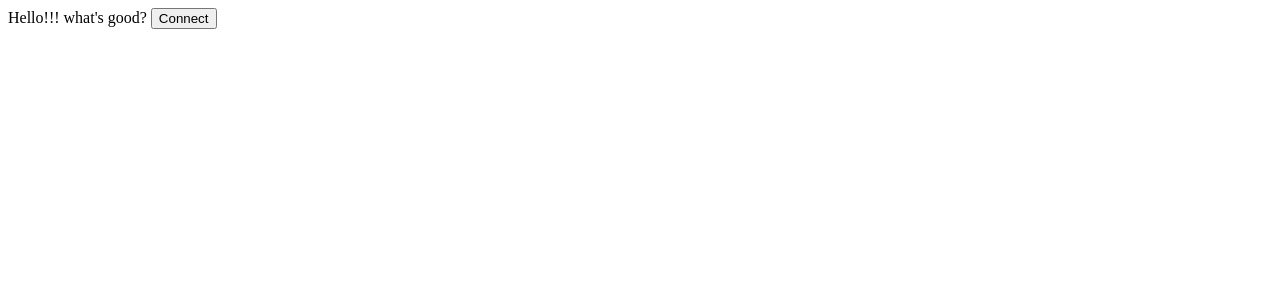
Repository: southernDave/html-frontend
Page: index.html
These files come from the project's save history. The page is drawn as it stood at one moment and after the next save; the edit follows.
The browser window is 1280 px wide. The pictures show the whole page.
After loading, the first visible `#connectButton` was clicked once.

Above is the page before, as saved 2022-06-09 15:17:55.

### index.html
<!DOCTYPE html>
<html lang="en">
<head>
    <meta charset="UTF-8">
    <meta http-equiv="X-UA-Compatible" content="IE=edge">
    <meta name="viewport" content="width=device-width, initial-scale=1.0">
    <title>Fund Me App</title>
</head>
<body>
    Hello!!! what's good?
    <script>
        async function connect() {
            if(typeof window.ethereum != "undefined") {
                await window.ethereum.request({method: "eth_requestAccounts"})
                document.getElementById("connectButton").innerHTML = "Connected!"
            } else{
                console.log("no metamask detected");
            }
        }
    </script>
    <button id="connectButton" onclick="connect()">Connect</button>
</body>
</html>

After the next save:
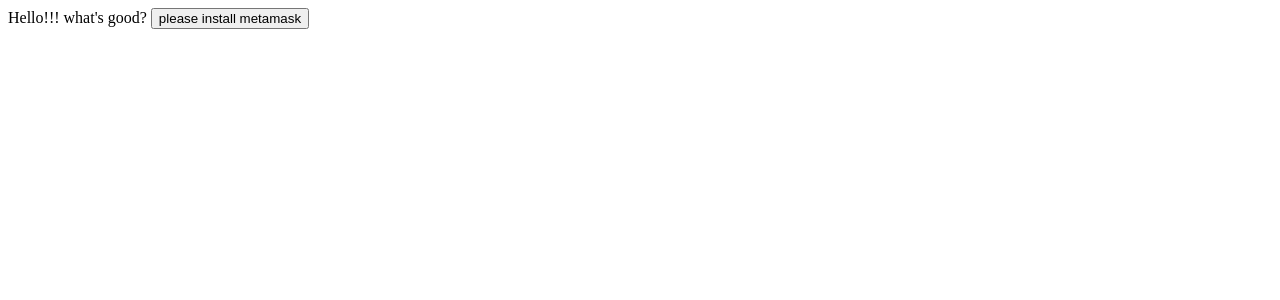
Saved 57 s later.
--- a/index.html
+++ b/index.html
@@ -14,7 +14,7 @@
                 await window.ethereum.request({method: "eth_requestAccounts"})
                 document.getElementById("connectButton").innerHTML = "Connected!"
             } else{
-                console.log("no metamask detected");
+                document.getElementById("connectButton").innerHTML = "please install metamask"
             }
         }
     </script>

After the 2 saves that followed:
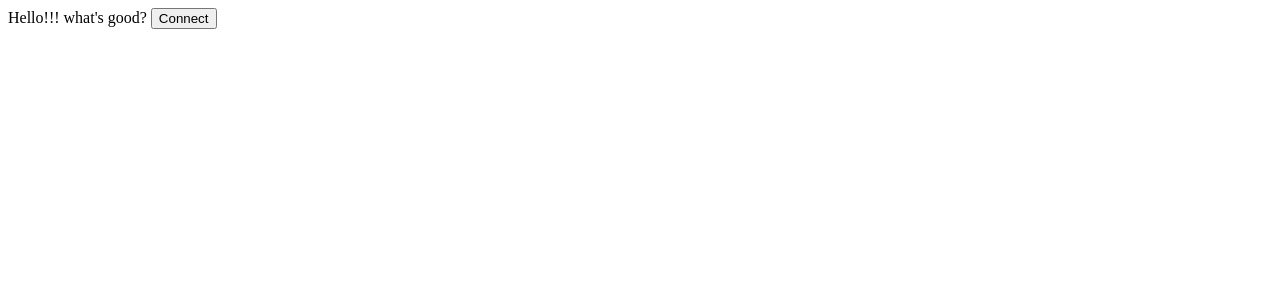
Console error: ReferenceError: connect is not defined
The 2 saves are shown as one change because 1 left the picture as it was.
The last was saved 113 s later.
--- a/index.html
+++ b/index.html
@@ -8,15 +8,8 @@
 </head>
 <body>
     Hello!!! what's good?
-    <script>
-        async function connect() {
-            if(typeof window.ethereum != "undefined") {
-                await window.ethereum.request({method: "eth_requestAccounts"})
-                document.getElementById("connectButton").innerHTML = "Connected!"
-            } else{
-                document.getElementById("connectButton").innerHTML = "please install metamask"
-            }
-        }
+    <script src="./index.js" type="text/javascript">
+
     </script>
     <button id="connectButton" onclick="connect()">Connect</button>
 </body>
